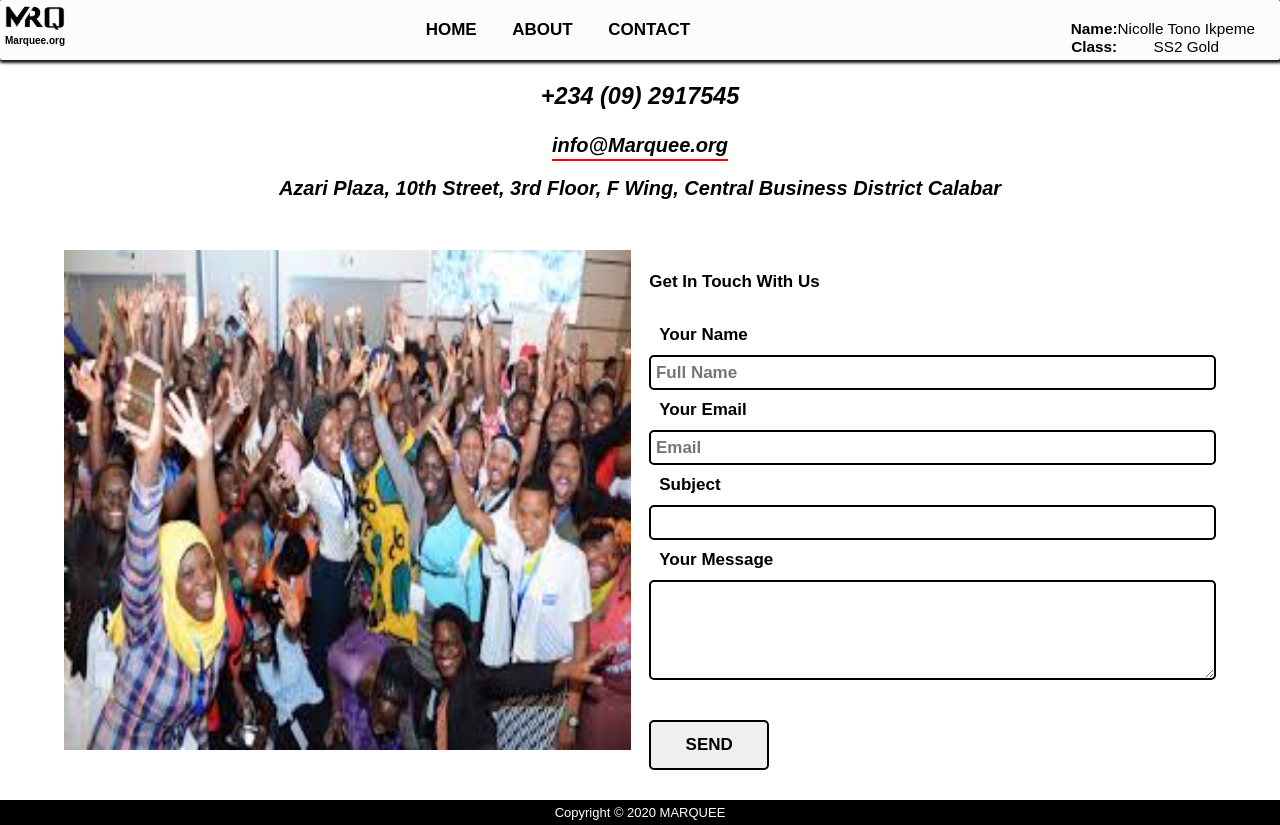
Repository: pboi18/Marquee.org
Page: contact.html
These files come from the project's save history. The page is drawn as it stood at one moment and after the next save; the edit follows.
The browser window is 1280 px wide. The pictures show the whole page.

Above is the page before, as saved 2020-07-11 23:22:20.

After the next save:
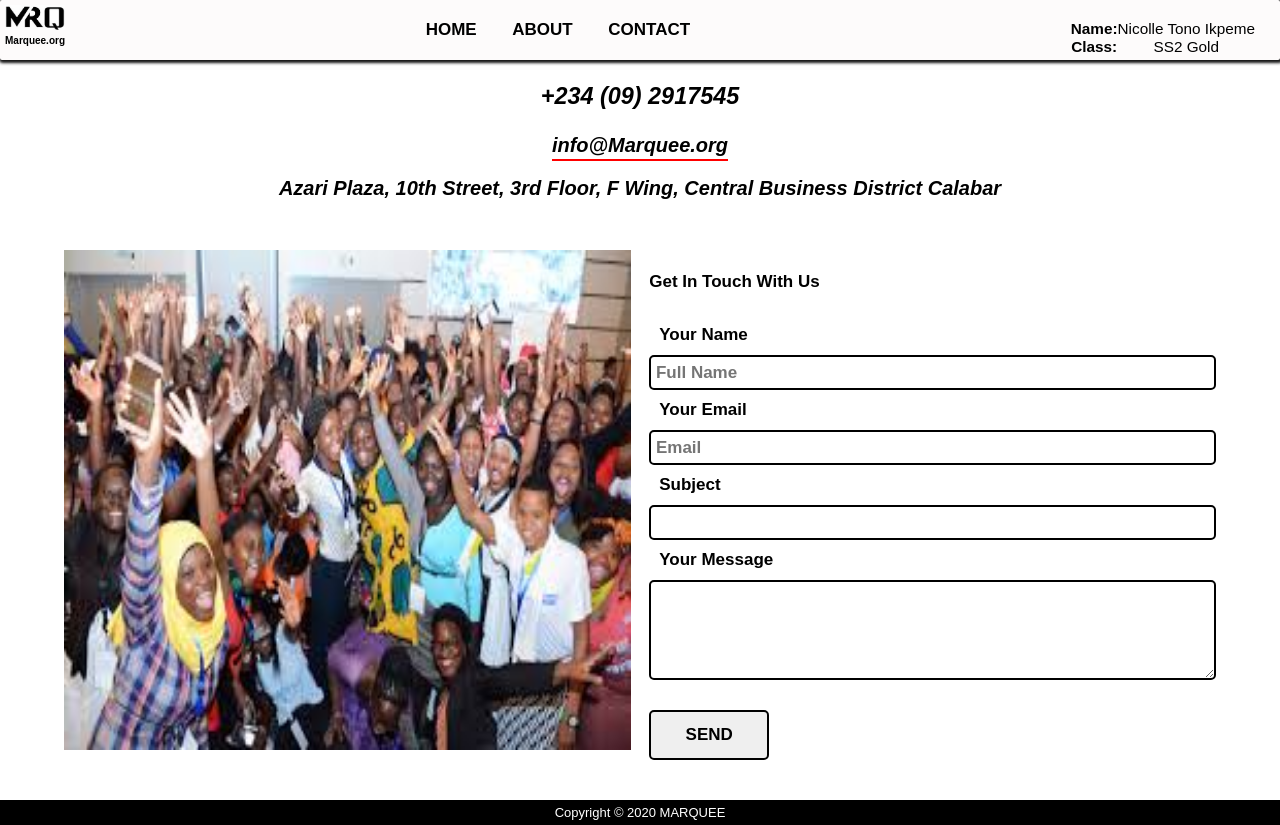
Saved 30 s later.
--- a/contact.html
+++ b/contact.html
@@ -92,7 +92,7 @@
                         <textarea ></textarea>
                         <!-- <input type="submit" value="SEND" name="send" style="margin-top: 40px;"> -->
 
-                        <button type="submit" style="margin-top: 40px; width: 120px; height: 50px;">SEND</button>
+                        <button type="submit" style="margin-top: 30px; width: 120px; height: 50px;">SEND</button>
 
                     </form>
 
